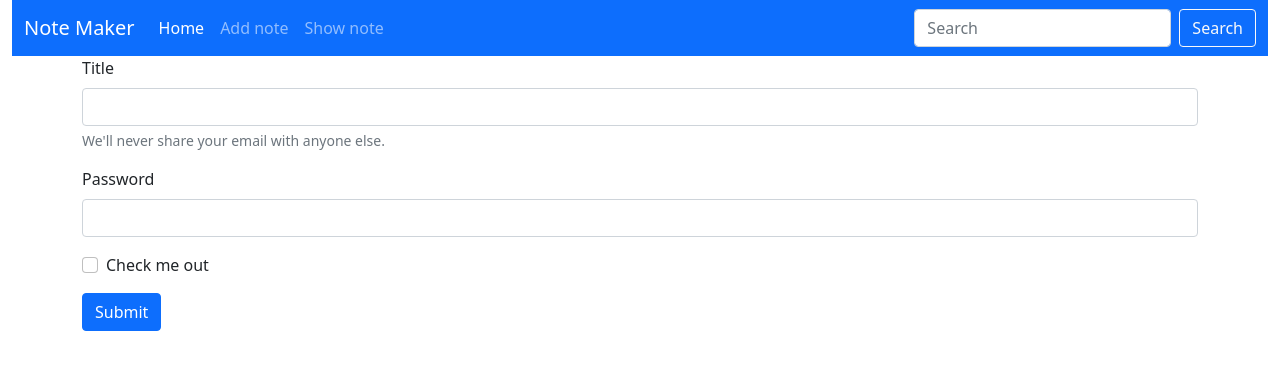
Repository: sachin1830/hibernateproject
Page: http://localhost/com.todolist/add_note.jsp
An editor plug-in stored every save of this project. The page is shown before and after the next save, followed by the edit.
The browser window is 1280 px wide. The pictures show the whole page.
Some web libraries are served in a nearby version. The page is served by Tomcat 9. Other server files are loaded and not shown.

Above is the page before, as saved 2021-01-22 04:20:22.

### com.todolist/src/main/webapp/add_note.jsp
<%@ page language="java" contentType="text/html; charset=ISO-8859-1"
	pageEncoding="ISO-8859-1"%>
<!DOCTYPE html>
<html>
<head>
<!-- Required meta tags -->
<meta charset="utf-8">
<meta name="viewport" content="width=device-width, initial-scale=1">

<!-- Bootstrap CSS -->
<link
	href="https://cdn.jsdelivr.net/npm/bootstrap@5.0.0-beta1/dist/css/bootstrap.min.css"
	rel="stylesheet"
	integrity="sha384-giJF6kkoqNQ00vy+HMDP7azOuL0xtbfIcaT9wjKHr8RbDVddVHyTfAAsrekwKmP1"
	crossorigin="anonymous">

<title>Add note</title>
</head>
<body>
	<div class="container-fluid">
		<%@include file="navbar.jsp"%>

	</div>
	<div class="container">
		<form>
			<div class="mb-3">
				<label for="title" class="form-label">Title</label>
				<input type="text" class="form-control"
					id="title" aria-describedby="emailHelp">
				<div id="emailHelp" class="form-text">We'll never share your
					email with anyone else.</div>
			</div>
			<div class="mb-3">
				<label for="exampleInputPassword1" class="form-label">Password</label>
				<input type="password" class="form-control"
					id="exampleInputPassword1">
			</div>
			<div class="mb-3 form-check">
				<input type="checkbox" class="form-check-input" id="exampleCheck1">
				<label class="form-check-label" for="exampleCheck1">Check me
					out</label>
			</div>
			<button type="submit" class="btn btn-primary">Submit</button>
		</form>

	</div>

	<script
		src="https://cdn.jsdelivr.net/npm/bootstrap@5.0.0-beta1/dist/js/bootstrap.bundle.min.js"
		integrity="sha384-ygbV9kiqUc6oa4msXn9868pTtWMgiQaeYH7/t7LECLbyPA2x65Kgf80OJFdroafW"
		crossorigin="anonymous"></script>
	<script
		src="https://cdn.jsdelivr.net/npm/@popperjs/core@2.5.4/dist/umd/popper.min.js"
		integrity="sha384-q2kxQ16AaE6UbzuKqyBE9/u/KzioAlnx2maXQHiDX9d4/zp8Ok3f+M7DPm+Ib6IU"
		crossorigin="anonymous"></script>
	<script
		src="https://cdn.jsdelivr.net/npm/bootstrap@5.0.0-beta1/dist/js/bootstrap.min.js"
		integrity="sha384-pQQkAEnwaBkjpqZ8RU1fF1AKtTcHJwFl3pblpTlHXybJjHpMYo79HY3hIi4NKxyj"
		crossorigin="anonymous"></script>

</body>
</html>

### com.todolist/src/main/webapp/navbar.jsp
<nav class="navbar navbar-expand-lg navbar-dark bg-primary">
  <div class="container-fluid">
    <a class="navbar-brand" href="index.jsp">Note Maker</a>
    <button class="navbar-toggler" type="button" data-bs-toggle="collapse" data-bs-target="#navbarSupportedContent" aria-controls="navbarSupportedContent" aria-expanded="false" aria-label="Toggle navigation">
      <span class="navbar-toggler-icon"></span>
    </button>
    <div class="collapse navbar-collapse" id="navbarSupportedContent">
      <ul class="navbar-nav me-auto mb-2 mb-lg-0">

        <li class="nav-item">
          <a class="nav-link active" aria-current="page" href="index.jsp">Home</a>
        </li>
        <li class="nav-item">
          <a class="nav-link" href="add_note.jsp">Add note </a>
        </li>
         <li class="nav-item">
          <a class="nav-link" href="#">Show note </a>
        </li>

      </ul>
      <form class="d-flex">
        <input class="form-control me-2" type="search" placeholder="Search" aria-label="Search">
        <button class="btn btn-outline-light" type="submit">Search</button>
      </form>
    </div>
  </div>
</nav>

After the next save:
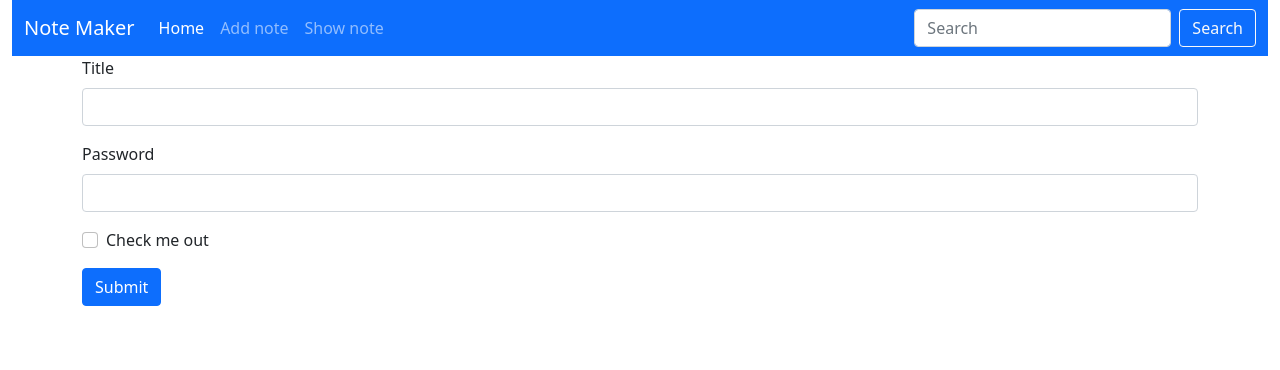
Saved 21 s later.
--- a/com.todolist/src/main/webapp/add_note.jsp
+++ b/com.todolist/src/main/webapp/add_note.jsp
@@ -27,8 +27,7 @@
 				<label for="title" class="form-label">Title</label>
 				<input type="text" class="form-control"
 					id="title" aria-describedby="emailHelp">
-				<div id="emailHelp" class="form-text">We'll never share your
-					email with anyone else.</div>
+
 			</div>
 			<div class="mb-3">
 				<label for="exampleInputPassword1" class="form-label">Password</label>
